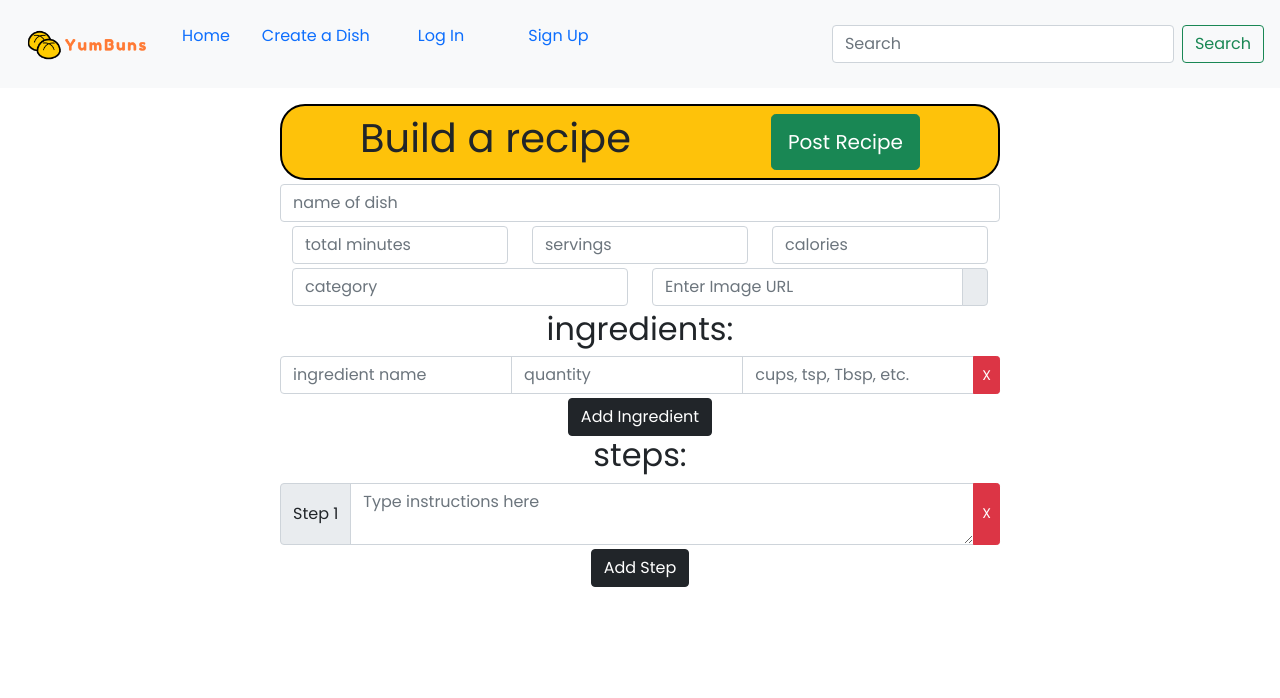
Repository: mottad14/yumBuns
Page: /create (app in client/)
An editor plug-in stored every save of this project. The page is shown before and after the next save, followed by the edit.
The browser window is 1280 px wide. The pictures show the whole page.
Some web fonts or font styles are not loaded; a fallback is used. The project was rebuilt for these pictures with package versions that can differ from the ones it lists, and the page was loaded fresh each time. Also part of the build but not shown: client/src/components/RecipePreview.js, client/src/views/Main.js, client/src/views/Login.js, client/src/views/NewAccount.js, client/src/views/Recipe.js, client/src/components/SubscribePop.css, client/src/components/SignUp.jsx, client/src/components/SubscribePop.js.

Above is the page before, as saved 2022-07-30 12:43:05.

### client/public/index.html
<!DOCTYPE html>
<html lang="en">
  <head>
    <meta charset="utf-8" />
    <link rel="icon" href="%PUBLIC_URL%/favicon.ico" />
    <meta name="viewport" content="width=device-width, initial-scale=1" />
    <meta name="theme-color" content="#000000" />
    <meta
      name="description"
      content="Web site created using create-react-app"
    />
    <!--
      Notice the use of %PUBLIC_URL% in the tags above.
      It will be replaced with the URL of the `public` folder during the build.
      Only files inside the `public` folder can be referenced from the HTML.

      Unlike "/favicon.ico" or "favicon.ico", "%PUBLIC_URL%/favicon.ico" will
      work correctly both with client-side routing and a non-root public URL.
      Learn how to configure a non-root public URL by running `npm run build`.
    -->
    <title>Yumbuns</title>
  </head>
  <body>
    <noscript>You need to enable JavaScript to run this app.</noscript>
    <div id="root"></div>
    <!--
      This HTML file is a template.
      If you open it directly in the browser, you will see an empty page.

      You can add webfonts, meta tags, or analytics to this file.
      The build step will place the bundled scripts into the <body> tag.

      To begin the development, run `npm start` or `yarn start`.
      To create a production bundle, use `npm run build` or `yarn build`.
    -->
  </body>
</html>

### client/src/index.js
import React from 'react';
import ReactDOM from 'react-dom';
import './index.css';
import App from './App';
import reportWebVitals from './reportWebVitals';
import {BrowserRouter} from "react-router-dom";

ReactDOM.render(
    <React.StrictMode>
      <BrowserRouter>
            <App />
      </BrowserRouter>
    </React.StrictMode>,
    document.getElementById('root')
);



// If you want to start measuring performance in your app, pass a function
// to log results (for example: reportWebVitals(console.log))
// or send to an analytics endpoint. Learn more: https://bit.ly/CRA-vitals
reportWebVitals();

### client/src/App.js
import React from 'react';
import 'bootstrap/dist/css/bootstrap.min.css';
import {Switch, Route} from "react-router-dom";
import './App.css';
import NavBar from './components/NavBar';
import Main from './views/Main';
import Login from './views/Login'
import NewAccount from "./views/NewAccount"
import Create from './views/Create';
import Recipe from './views/Recipe';
import SubscribePop from './components/SubscribePop';
import {useState, useEffect} from 'react'
import { AuthContextProvider } from "./contexts/AuthContext";


function App() {
  const [timedPopup, setTimedPopup] = useState (false);

  useEffect(() => {
    setTimeout(() => {
      setTimedPopup(true)
    }, 45000)
  }, [])


  return (

    <div className="App">
      <div className="">
          <NavBar/>
          <AuthContextProvider>
              <Switch>
                <Route exact path="/">
                  <Main/>
                </Route>

                <Route exact path="/login">
                  <Login/>
                </Route>

                <Route exact path="/signup">
                  <NewAccount/>
                </Route>

                <Route path="/view/single/:_id">
                  <Recipe/>
                </Route>

                <Route exact path="/create">
                  <Create/>
                </Route>
              </Switch>

              <SubscribePop trigger={timedPopup} setTrigger={setTimedPopup}>
              </SubscribePop>
          </AuthContextProvider>


       </div>
    </div>
  );
}

export default App;

### client/src/App.css
@import url('https://fonts.googleapis.com/css2?family=BIZ+UDGothic&family=Poppins&display=swap');

.App {
  font-family: 'BIZ UDGothic', sans-serif;
  font-family: 'Poppins', sans-serif;
  text-align: center;
  width: auto;
}

.recipePreview{
  border: 3px solid rgb(177, 177, 177);
  min-height: 300px;
  width: 250px;
  background-color: rgb(254, 194, 10);
  border-left-style: dotted;
  border-right-style: dotted;
  border-radius: 10%;

}

.recipePreview > img{
  width: 95%;
  border-radius: 10%;
}
.recipePreview >div{
  align-items: center;

}

.Logo{
  margin-left: 10px;
  height: 30px;
}

.sticky{
  position: sticky;
  top: 0;
  z-index: 999;
  background-color: rgb(254, 194, 10);
  border: 2px solid black;
  border-radius: 25px;
}

.thumbnailBox > img{
  height: 40px;
}

.thumbnailBox > img:hover{
  height: 125px;
}

### client/src/components/NavBar.js
import React from "react";
import { Link } from "react-router-dom"
import Nav from 'react-bootstrap/Nav';
import YumBuns from "../imgs/YumBunsLogo.png"

const NavBar = (props) => {
    return(
            <nav className="navbar navbar-expand-sm bg-light mb-3">
                <Link className="navbar-brand mx-3" to="/">  <img className="Logo" src={YumBuns} alt="Logo" /> </Link>

                <div className="collapse navbar-collapse" id="navbarSupportedContent">
                <ul className="navbar-nav me-auto mb-2 mb-lg-0">
                    <li className="nav-item">
                    <Nav.Link> <Link className="nav-link btn-outline-warning" aria-current="page" to="/">Home</Link> </Nav.Link>
                    </li>
                    <li className="nav-item">
                    <Nav.Link> <Link className="nav-link btn-outline-warning" to="/create">Create a Dish</Link> </Nav.Link>
                    </li>
                    <li className="nav-item">
                    <Nav.Link> <Link className="nav-link d-flex mx-3 btn-outline-warning" to="/login"> Log In</Link> </Nav.Link>
                    </li>
                    <li className="nav-item">
                    <Nav.Link>  <Link className="nav-link d-flex mx-3 btn-outline-warning" to="/signup">    <p onClick={() => props.setTrigger(true)}> Sign Up </p>    </Link> </Nav.Link>
                    </li>
                </ul>
                <form className="d-flex mx-3" role="search">
                    <input className="form-control me-2" type="search" placeholder="Search" aria-label="Search" />
                    <button className="btn btn-outline-success" type="submit">Search</button>
                </form>
            </div>
            </nav>
    )
}

export default NavBar;

### client/src/views/Create.js
import React, {useState} from "react";
import axios from "axios"
import { useHistory } from "react-router-dom";


const Create = (props) => {
    const [form, setForm] = useState({
        name:"",
        minutes: 0,
        servings: null,
        calories: null,
        category: "",
        imgURL: "",
        steps:[""], //Steps is going to need its own onChange-handler
        ingredients:[ //Ingredients will also need its own onChange-handler
            {amount: "", name:"", measurement:""}
        ]
    })

    const history = useHistory();

    const onChangeHandler = (event) =>{
        setForm({
            ...form,
            [event.target.name]: event.target.value
        })
    }

    const onAddStep = (event)=>{
        event.preventDefault();
        const copyForm = {...form};
        copyForm.steps.push("")
        setForm(copyForm);

    }

    const onAddIngredient = (event) =>{
        event.preventDefault();
        const copyForm = {...form};
        copyForm.ingredients.push({ amount: undefined, name: "", measurement: ""})
        setForm(copyForm);
    }

    const onRemoveIngredient = (event, i)=>{
        event.preventDefault();
        const copyForm = {...form}
        copyForm.ingredients.splice(i,1)
        setForm(copyForm)
    }

    const onRemoveStep = (event, i)=>{
        event.preventDefault();
        const copyForm = {...form}
        copyForm.steps.splice(i,1)
        setForm(copyForm)
    }

    const onChangeStep = (event, i)=>{
        const copyForm = {...form};
        copyForm.steps[i] = event.target.value;
        setForm(copyForm)
    }

    const onChangeIngredient = (event, i) => {
        const copyForm = {...form};
        copyForm.ingredients[i][event.target.name] = event.target.value;
        setForm(copyForm);
    }

    const onSubmitHandler = (event) => {
        event.preventDefault();
        axios.post("http://localhost:8000/api/recipes/create", form)
            .then(res=>{
                history.push("/");
            })
            .catch(err=>{
                console.log(err)
            })
    };

    return (
        <div>

           <form className="d-block w-75 mx-auto" onSubmit={onSubmitHandler}>
               <div className="d-flex justify-content-around sticky d-block w-75 mx-auto p-2">
                    <h1> Build a recipe</h1>
                    <input type="submit" className="btn btn-lg btn-success" value="Post Recipe" />
                </div>

               <div className="form-group d-block w-75 mx-auto my-1">
                   <input type="text" name="name" onChange={onChangeHandler} className="form-control" placeholder="name of dish" />
               </div>

               <div className="row my-1 w-75 mx-auto">
                   <div className="col">
                       <input type="number" name="minutes" onChange={onChangeHandler} className="form-control" placeholder="total minutes" aria-label="minutes"/>
                   </div>
                    <div className="col">
                       <input type="number" name="servings" onChange={onChangeHandler} className="form-control" placeholder="servings" aria-label="servings"/>
                   </div>
                    <div className="col">
                       <input type="number" name="calories" onChange={onChangeHandler} className="form-control" placeholder="calories" aria-label="calories"/>
                   </div>
               </div>

                <div className="row my-1 w-75 mx-auto">
                   <div className="col">
                       <input type="text" name="category" onChange={onChangeHandler} className="form-control" placeholder="category" aria-label="category"/>
                   </div>
                    <div className="col input-group">
                       <input type="text" name="imgURL" onChange={onChangeHandler} className="form-control" placeholder="Enter Image URL" aria-label="imageURL"/>
                       <span className="input-group-text thumbnailBox">{form.imgURL.length > 0 && <img src={form.imgURL} alt="image thumbnail" />}</span>
                   </div>
               </div>

               <h2>ingredients:</h2>
               {
                   form.ingredients.map((ingredient, i)=> {
                   return (
                       <div key={i} className="input-group my-1 mx-auto w-75">
                        <input type="text" value={ingredient.name} onChange={(event)=>onChangeIngredient(event, i)} className="form-control" placeholder="ingredient name" name="name" aria-label="amount" />
                        <input type="number" value={ingredient.amount} onChange={(event)=>onChangeIngredient(event, i)} className="form-control" placeholder="quantity" name="amount" aria-label="amount" />
                        <input type="text" value={ingredient.measurement} onChange={(event)=>onChangeIngredient(event, i)} className="form-control" placeholder="cups, tsp, Tbsp, etc." name="measurement" aria-label="amount"/>
                        <button  className="btn btn-sm btn-danger" onClick={(event)=>onRemoveIngredient(event, i)}>X</button>
                    </div>)
                   })
               }
                <button onClick={onAddIngredient} className="btn btn-dark">Add Ingredient</button>

               <h2>steps:</h2>
               {
                   form.steps.map((step, i)=>{
                       return <div key={i} className="input-group my-1 mx-auto w-75">
                                <span className="input-group-text" key={i}> Step {i+1}</span>
                                <textarea onChange={(event)=>onChangeStep(event, i)} value={step} placeholder="Type instructions here" className="form-control col-12" aria-label="With textarea"></textarea>
                                <button className="btn btn-sm btn-danger" onClick={(event)=>onRemoveStep(event, i)}>X</button>
                       </div>
                   })
               }
               <button onClick={onAddStep} className="btn btn-dark">Add Step</button>
           </form>

        </div>
    )

}

export default Create;

### client/src/contexts/AuthContext.js
import { createContext, useContext, useEffect, useState } from "react";
import {createUserWithEmailAndPassword,
    signInWithEmailAndPassword,
    signOut,
    onAuthStateChanged}
    from "firebase/auth"
import { auth } from "../firebase";

const UserContext = createContext();

export const AuthContextProvider = ({children}) => {
    const [user, setUser] = useState({})

    const createUser = (email, password) => {
        return (createUserWithEmailAndPassword(auth, email, password))
    }

    const signIn = (email, password) => {
        return signInWithEmailAndPassword(auth, email, password)
    }

    const logout = () =>{
        return signOut(auth);
    }

    useEffect (() => {
        const unsubscribe = onAuthStateChanged(auth, (currentUser) => {
            console.log(currentUser)
            setUser(currentUser)
        })
        return (() => {
            unsubscribe()
        })
    }, [])

    return (
        <UserContext.Provider value={{ createUser, user, signIn, logout }}>
            {children}
        </UserContext.Provider>
    )
}

export const UserAuth = () =>{
    return useContext(UserContext)
}

### client/src/firebase.js
// Import the functions you need from the SDKs you need
import { initializeApp } from "firebase/app";
import { getAuth } from "firebase/auth";
// TODO: Add SDKs for Firebase products that you want to use
// https://firebase.google.com/docs/web/setup#available-libraries

// Your web app's Firebase configuration
console.log(`The current api key is: ${process.env.REACT_APP_FIREBASE_API_KEY}`)
const firebaseConfig = {
  apiKey: process.env.REACT_APP_FIREBASE_API_KEY,
  authDomain: process.env.REACT_APP_FIREBASE_AUTH_DOMAIN,
  projectId: process.env.REACT_APP_FIREBASE_PROJECT_ID,
  storageBucket: process.env.REACT_APP_FIREBASE_STORAGE_BUCKET,
  messagingSenderId: process.env.REACT_APP_FIREBASE_MESSAGING_SENDER_ID,
  appId: process.env.REACT_APP_FIREBASE_APP_ID,
  measurementId: process.env.REACT_APP_FIREBASE_MEASUREMENT_ID
};

// Initialize Firebase
const app = initializeApp(firebaseConfig);
export const auth = getAuth(app);
export default app;

Loaded but not shown: client/src/index.css (common file); client/src/reportWebVitals.js (common file)

After the next save:
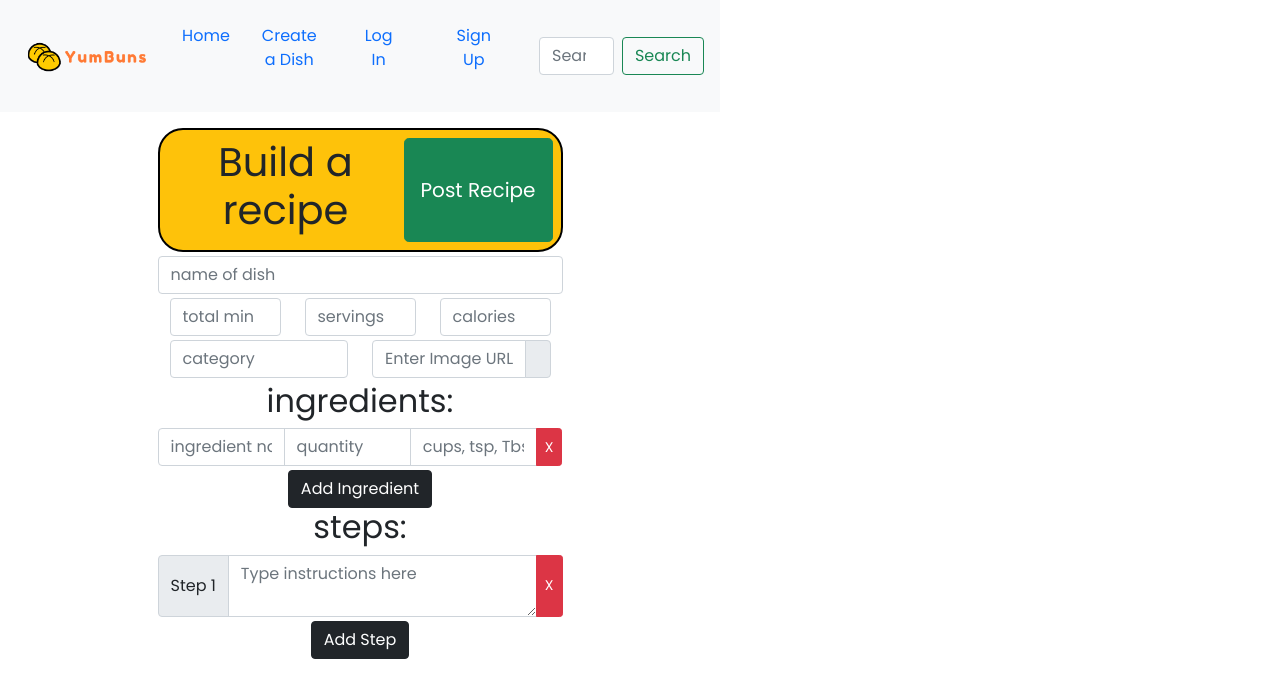
Saved 7 s later.
--- a/client/src/App.css
+++ b/client/src/App.css
@@ -4,7 +4,7 @@
   font-family: 'BIZ UDGothic', sans-serif;
   font-family: 'Poppins', sans-serif;
   text-align: center;
-  width: auto;
+  width: 100vh;
 }
 
 .recipePreview{

After the save that followed:
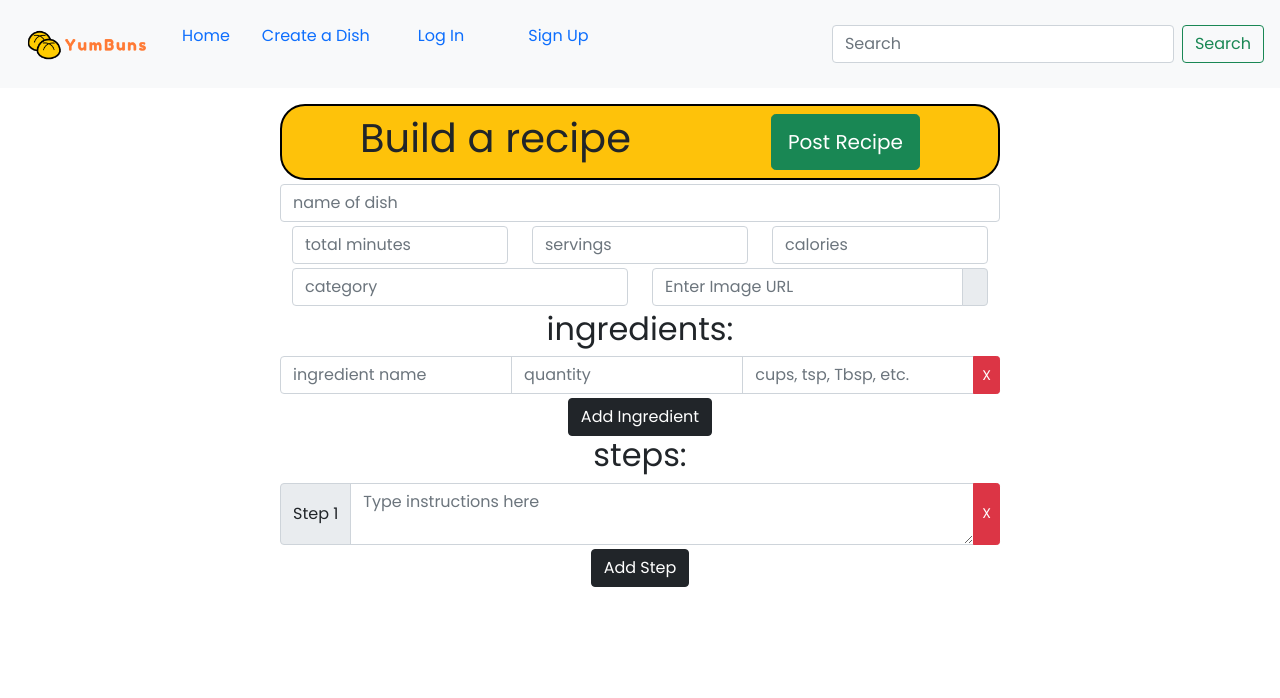
Saved 4 s later.
--- a/client/src/App.css
+++ b/client/src/App.css
@@ -4,7 +4,7 @@
   font-family: 'BIZ UDGothic', sans-serif;
   font-family: 'Poppins', sans-serif;
   text-align: center;
-  width: 100vh;
+  height: 100vh;
 }
 
 .recipePreview{
